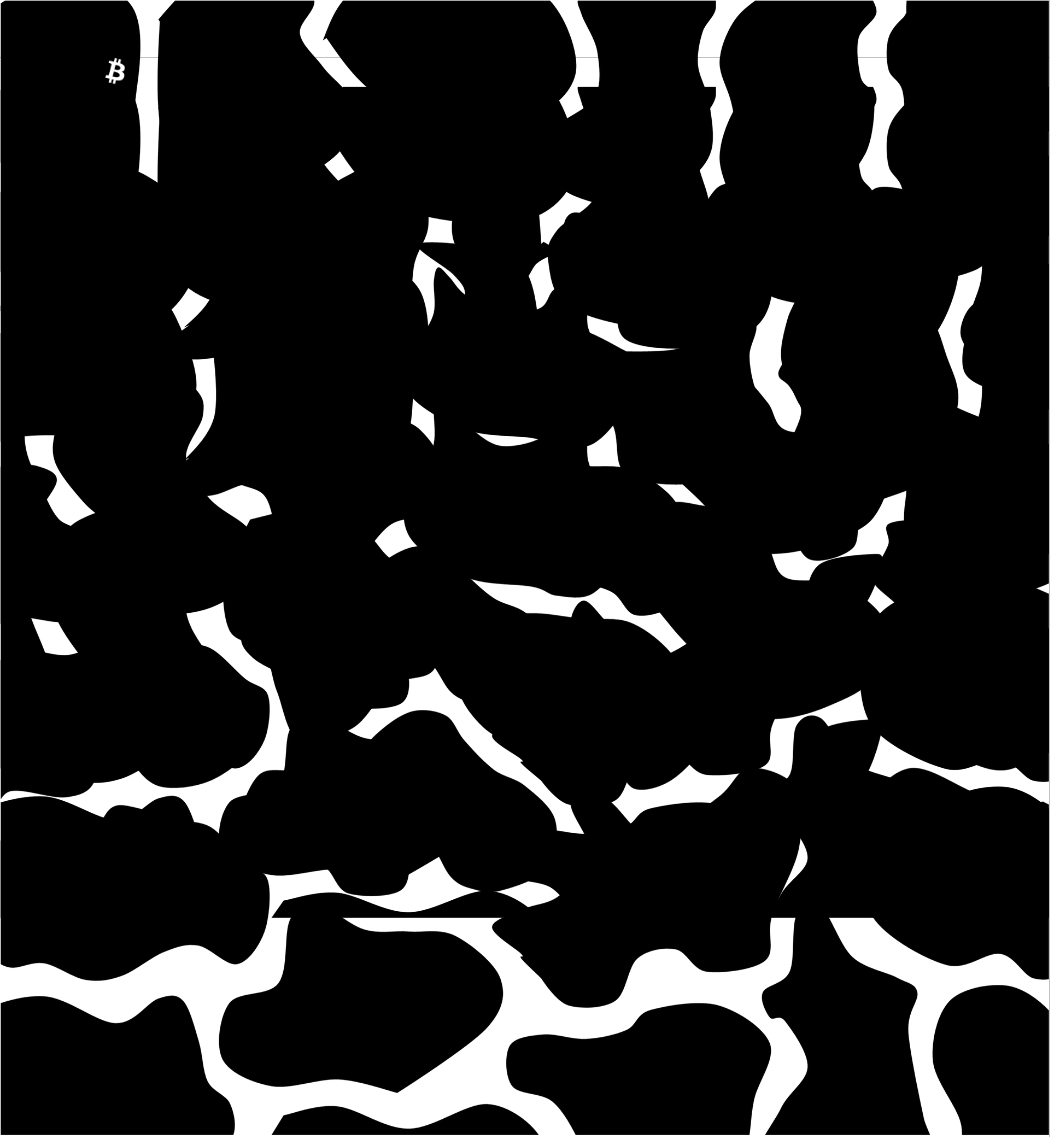
Repository: oninopantsu/crytoapp
Page: /
The author's editor kept a copy of each file at every save. The page is drawn from the files as they stood at one save, then again after a run of saves.
The browser window is 1280 px wide. The pictures show the whole page, at 82% of full size.
Some web fonts or font styles are not loaded; a fallback is used. The project was rebuilt for these pictures with package versions that can differ from the ones it lists, and the page was loaded fresh each time. Also part of the build but not shown: vue.config.js.

Above is the page before, as saved 2021-09-05 02:37:52.

### src/App.vue
<template>
  <div id="app">
    <Header />
    <Top />
    <router-view/>
  </div>
</template>

<script>
import Header from "./components/Header.vue"
import Top from "./components/Top.vue"
export default {
  components: {
    Header,
    Top

  }
}
</script>

<style>
@import url('https://fonts.googleapis.com/css2?family=ZCOOL+KuaiLe&display=swap');

html, body, div, span, object, iframe,
h1, h2, h3, h4, h5, h6, p, blockquote, pre,
abbr, address, cite, code,
del, dfn, em, img, ins, kbd, q, samp,
small, strong, sub, sup, var,
b, i,
dl, dt, dd, ol, ul, li,
fieldset, form, label, legend,
table, caption, tbody, tfoot, thead, tr, th, td,
article, aside, canvas, details, figcaption, figure,
footer, header, hgroup, menu, nav, section, summary,
time, mark, audio, video {
    margin:0;
    padding:0;
    border:0;
    outline:0;
    font-size:100%;
    vertical-align:baseline;
    background:transparent;
}

body {
    line-height:1;
}

article,aside,details,figcaption,figure,
footer,header,hgroup,menu,nav,section {
    display:block;
}

nav ul {
    list-style:none;
}

blockquote, q {
    quotes:none;
}

blockquote:before, blockquote:after,
q:before, q:after {
    content:'';
    content:none;
}

a {
    margin:0;
    padding:0;
    font-size:100%;
    vertical-align:baseline;
    background:transparent;
}

/* change colours to suit your needs */
ins {
    background-color:#ff9;
    color:#000;
    text-decoration:none;
}

/* change colours to suit your needs */
mark {
    background-color:#ff9;
    color:#000;
    font-style:italic;
    font-weight:bold;
}

del {
    text-decoration: line-through;
}

abbr[title], dfn[title] {
    border-bottom:1px dotted;
    cursor:help;
}

table {
    border-collapse:collapse;
    border-spacing:0;
}

/* change border colour to suit your needs */
hr {
    display:block;
    height:1px;
    border:0;
    border-top:1px solid #cccccc;
    margin:1em 0;
    padding:0;
}

input, select {
    vertical-align:middle;
}
#app {
  color: #fff;
  font-family: Georgia, 'Times New Roman', Times, serif;
  background-color: black;

}
</style>

### src/components/Header.vue
<template>
  <header>
    <div class="title">
      <img src="../assets/back.png" alt="">
      <h1 class="header-logo">Cry to App</h1>
    </div>
  </header>
</template>

<style scoped>


header {
  height: 70px;
  line-height: 70px;
  background-color:#fff;
}
.header-logo {
  font-size: 20px;
  font-family: Georgia, 'Times New Roman', Times, serif;
  font-weight: bold;
  color: #fff;
}
img {
  width: 100%;
  height: 70rem;
}
</style>

### src/components/Top.vue
<template>
  <div class="top">
    <h1></h1>
  </div>
</template>

<style>
.top {
  background-image: url"(/Users/onomanana/crytoapp/src/assets/back.png)";
}
</style>

### src/views/Home.vue
<template>
  <div class="home">
    <Products />
    <img alt="Vue logo" src="../assets/back.png" >
  </div>
</template>

<script>
import Products from '../components/Products.vue';

export default {
  data(){
    return {
      lists: [
        {
          name: "BTC"
        }
      ]
    };
  },
  components: {
    Products
  }
};
</script>

<style scoped>
.home {
  background-color: #fff;

}
img {
  position: relative;
  width: 100%;
}

</style>

### src/components/Products.vue
<template>
  <div class="content-wrapper">
    <img class="contents-img" src="../assets/Vector.png" alt="">
    <div class="products-content">
      <h1 class="products-title"> {{ name }} </h1>
    </div>

  </div>
</template>
<script>
export default {
    props:["name" ],
};
</script>

<style scoped>
.content-wrapper {
  width: 80%;
  margin: 0 auto;

}
.products-title {
  color: #fff;
}
</style>

Loaded but not shown: public/index.html (common file); src/main.js (common file); src/router/index.js (common file)

After the next 3 saves:
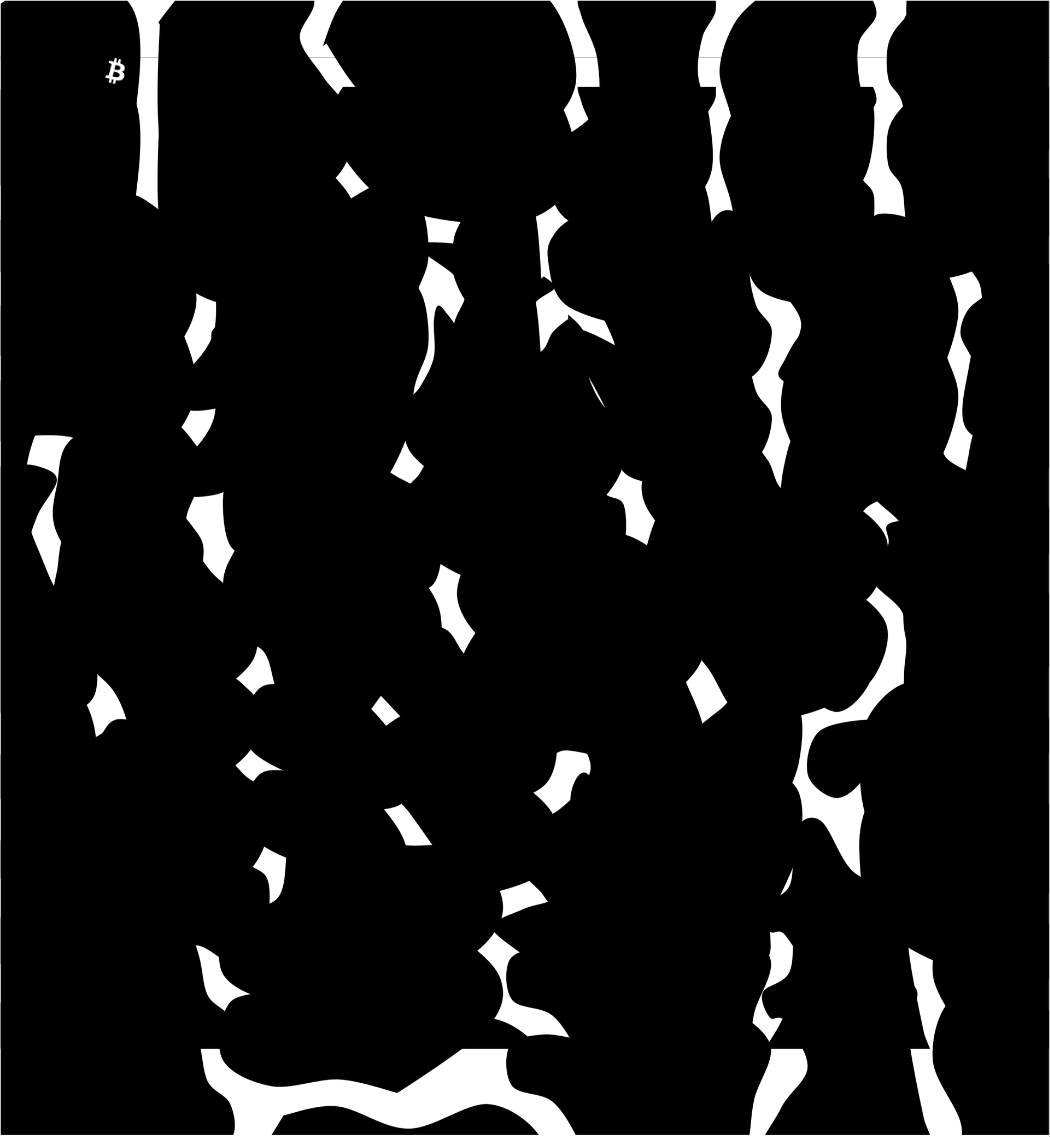
The 3 saves are shown as one change because they came seconds apart.
The last was saved 10 s later.
--- a/src/components/Header.vue
+++ b/src/components/Header.vue
@@ -23,6 +23,6 @@ header {
 }
 img {
   width: 100%;
-  height: 70rem;
+  height: 10%;
 }
 </style>
